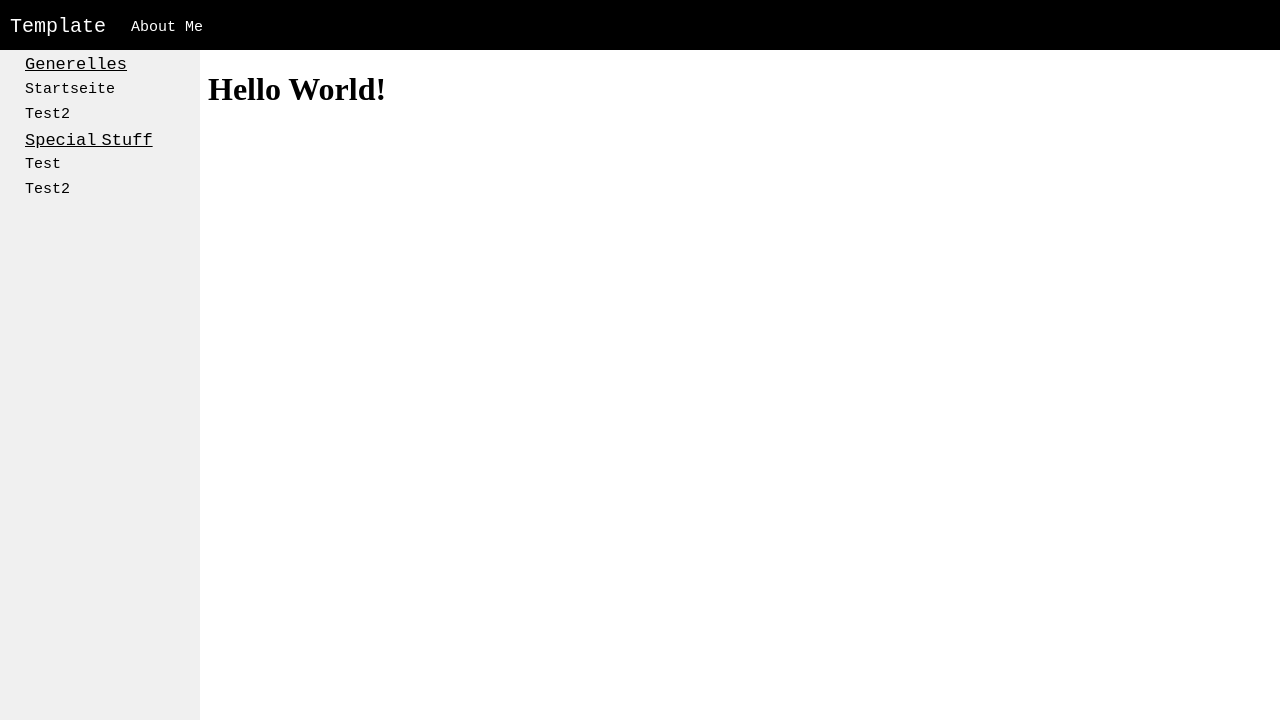
Repository: TimKral5/WikiPage
Page: Homepage/index.html
The author's editor kept a copy of each file at every save. The page is drawn from the files as they stood at one save, then again after the next save.
The browser window is 1280 px wide. The pictures show the whole page.

Above is the page before, as saved 2022-11-10 22:13:00.

### Homepage/index.html
<!DOCTYPE html>
<html lang="en">

<head>
    <meta charset="UTF-8">
    <meta http-equiv="X-UA-Compatible" content="IE=edge">
    <meta name="viewport" content="width=device-width, initial-scale=1.0">
    <title>Template</title>

    <link rel="stylesheet" href="style.css">
    <link rel="stylesheet" href="ScrollbarAndNosellect.css">
    <script src="tab-system.js" defer></script>
</head>

<body>
    <div class="nav-top">
        <div class="title">Template</div>
        <a class="item" href="http://tim.krals.ch">About Me</a>
    </div>

    <div class="nav-side">
        <span>Generelles</span>
        <a href="#pages/home.htm">Startseite</a>
        <a href="#main/test2">Test2</a>

        <span>Special Stuff</span>
        <a href="#pages/home.htm">Test</a>
        <a href="#main/test2">Test2</a>
        </div>

    <div id="content" name="main" class="tabgroup">
        <iframe id="contents" src="" frameborder="0"></iframe>
    </div>
</body>

</html>

### Homepage/style.css
html, body {
    font-family: "Courier New";
}

body > div#content {
    position: absolute;
    top: 50px;
    left: 200px;
    right: 0px;
    bottom: 0px;
}

iframe#contents {
    position: absolute;
    top: 0px;
    left: 0px;
    bottom: 0px;
    right: 0px;

    width: 100%;
    height: 100%;
}

body > div.nav-side {
    position: absolute;
    top: 50px;
    left: 0px;
    bottom: 0px;
    width: 200px;
    background-color: rgb(240  240 240);
    overflow-y: scroll;
}

body > div.nav-top {
    position: absolute;
    top: 0px;
    left: 0px;
    right: 0px;
    height: 50px;
    display: flex;

    background-color: rgb(0 0 0);
}

div.nav-top > div.title {
    display: flex;
    color: rgb(255 255 255);
    align-content: center;
    width: max-content;
    padding-top: 15px;
    margin-left: 10px;
    font-size: 20px;
}

div.nav-top > a.item {
    display: flex;
    color: rgb(255 255 255);
    align-content: center;

    width: max-content;
    height: max-content;

    margin-top: 10px;
    margin-left: 10px;

    padding-top: 8.79px;
    padding-left: 15px;
    padding-right: 15px;
    padding-bottom: 7px;

    font-size: 15px;
    text-decoration: none;
    border-radius: 5px;

    -webkit-user-drag: none;
}

div.nav-top > a.item:hover {
    background-color: rgb(50 50 50);
}

div.nav-side > a {
    display: flex;
    color: rgb(0 0 0);
    align-content: center;

    position: relative;
    height: max-content;

    margin-left: 10px;
    margin-right: 10px;

    padding-top: 4.79px;
    padding-left: 15px;
    padding-right: 15px;
    padding-bottom: 3px;

    font-size: 15px;
    text-decoration: none;
    border-radius: 5px;

    -webkit-user-drag: none;
}

div.nav-side > span {
    display: flex;
    color: rgb(0 0 0);
    align-content: center;

    position: relative;
    height: max-content;

    margin-left: 10px;
    margin-right: 10px;
    margin-bottom: 2px;
    margin-top: 5px;

    padding-left: 15px;
    font-size: 17px;
    text-decoration: underline;
    word-spacing: -5px;
    text-align: center;
}

div.nav-side > a:hover {
    background-color: rgb(205 205 205);
}

### Homepage/ScrollbarAndNosellect.css
::-webkit-scrollbar {
    width: 13px;
}

::-webkit-scrollbar-track {
    background: transparent;
}

::-webkit-scrollbar-thumb {
    background: rgb(30, 30, 30);
    border-radius: 5px;
}

::-webkit-full-screen {
    /*background-color: black;*/
}

html,
body {
    -webkit-user-select: none;
    -webkit-touch-callout: none;
    -moz-user-select: none;
    -ms-user-select: none;
    user-select: none;

}

### Homepage/tab-system.js
(() => {
    document.getElementById('contents').src =
    window.location.hash == "" ? "pages/home.htm" : window.location.hash.replace("#", "");
    window.addEventListener("hashchange", () => parent.location.reload());
})();

### Homepage/pages/home.htm
<!DOCTYPE html>
<html lang="en">

<head>
    <meta charset="UTF-8">
    <meta http-equiv="X-UA-Compatible" content="IE=edge">
    <meta name="viewport" content="width=device-width, initial-scale=1.0">
    <title>Test</title>


</head>

<body>
    <h1>Hello World!</h1>
</body>

</html>

After the next save:
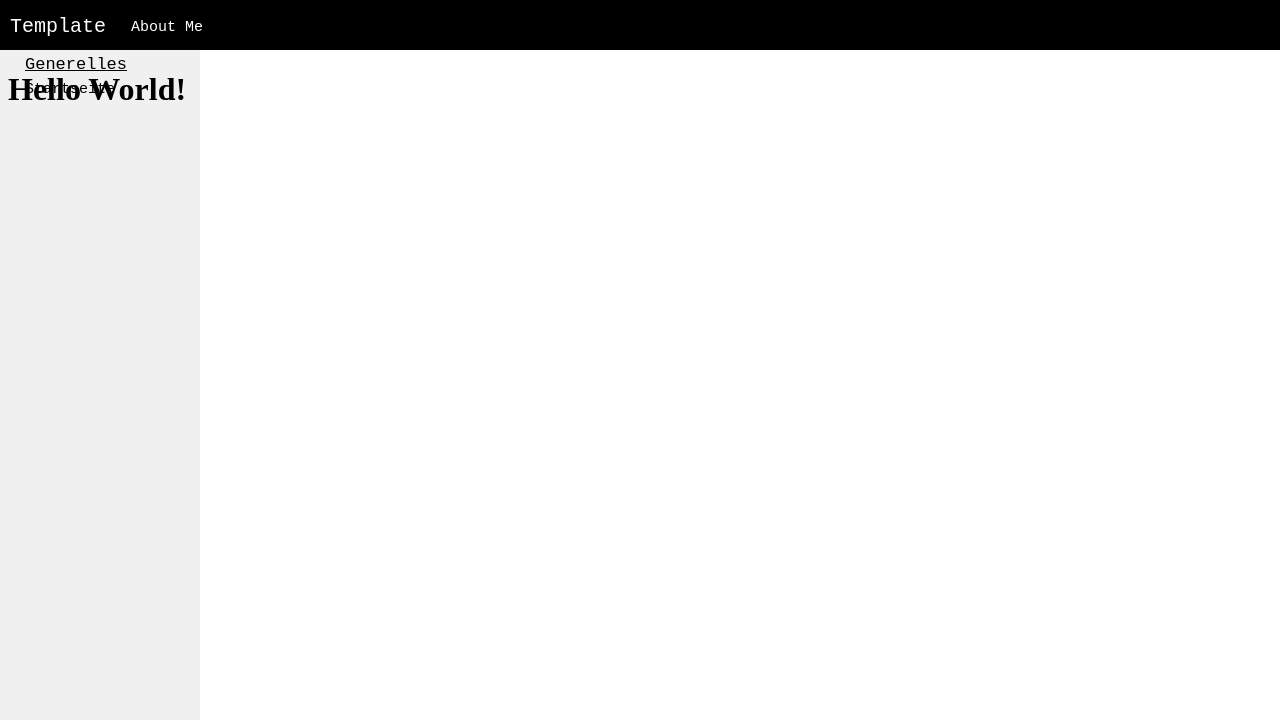
Saved 16 s later.
--- a/Homepage/index.html
+++ b/Homepage/index.html
@@ -21,12 +21,6 @@
     <div class="nav-side">
         <span>Generelles</span>
         <a href="#pages/home.htm">Startseite</a>
-        <a href="#main/test2">Test2</a>
-
-        <span>Special Stuff</span>
-        <a href="#pages/home.htm">Test</a>
-        <a href="#main/test2">Test2</a>
-        </div>
 
     <div id="content" name="main" class="tabgroup">
         <iframe id="contents" src="" frameborder="0"></iframe>
